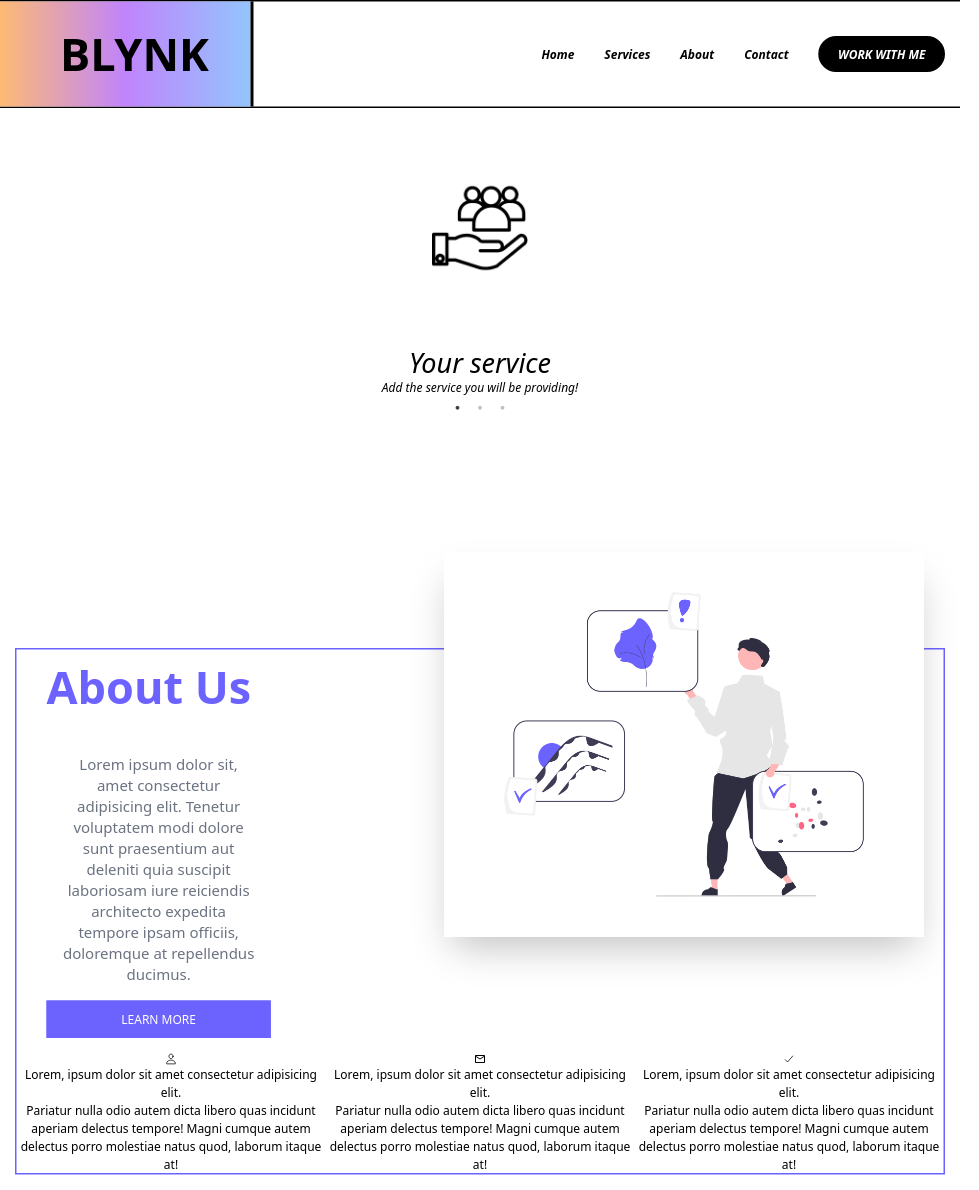
Repository: Al123Kudayyd/eportfolio
Page: /
An editor plug-in stored every save of this project. The page is shown before and after the next save, followed by the edit.
The browser window is 1280 px wide. The page is 1305 px wide, so the pictures cover 1305 px, including what lies to the right of the window. The pictures show the whole page, at 75% of full size.
The project was rebuilt for these pictures with package versions that can differ from the ones it lists, and the page was loaded fresh each time.

Above is the page before, as saved 2024-02-27 08:13:05.

### src/App.js
import logo from './logo.svg';
import './App.css';
import Nav from './components/Nav';
import Services from './components/Services';
import About from './components/About';

function App() {
  return (
    <div className="App">
      <Nav />
      <Services />
      <About />
    </div>
  );
}

export default App;

### src/components/Nav.jsx
import React from 'react'

function Nav() {
  return (
    <div className=' border-y-2 border-black sticky top-0 z-10'>
        <div className='flex justify-between'>
            <h1 className='font-bold py-10 pl-20 lg:text-6xl text-4xl border-r-4 pr-14 border-black bg-gradient-to-r from-orange-300 via-purple-400 to-blue-300'>BLYNK</h1>
            <ul className='italic hidden lg:flex justify-center items-center space-x-10 cursor-pointer mx-5 text-md font-semibold transp'>
                <li className='hover:text-gray-500 transition-all duration-300 '>Home</li>
                <li className='hover:text-gray-500 transition-all duration-300'>Services</li>
                <li className='hover:text-gray-500 transition-all duration-300'>About</li>
                <li className='hover:text-gray-500 transition-all duration-300'>Contact</li>
                <li className='bg-black text-white px-6 py-[10px] border-2 border-black hover:bg-white rounded-3xl
                hover:text-black transition-all duration-300'>
                    WORK WITH ME
                </li>
            </ul>
        </div>
    </div>
  )
}

export default Nav

### src/components/Services.jsx
import React from 'react'
import "slick-carousel/slick/slick.css";
import "slick-carousel/slick/slick-theme.css";
import Slider from "react-slick";
import service from '../assests/service.png'
import service1 from '../assests/service1.png'
import service2 from '../assests/service2.png'

function Services() {
  var settings = {
    dots: true,
    infinite: true,
    speed: 500,
    slidesToShow: 1,
    slidesToScroll: 1,
  };

  return (
    <div className=''>
        <div className='min-h-[400px] lg:min-h-[700px] text-center '>
        <Slider className='text-black  italic' {...settings}>
      <div className='relative'>
        <img src={service} className='w-1/4 translate-x-[150%]' alt="" />
        <h1 className='text-4xl'>Your service</h1>
        <p className='text-md'>Add the service you will be providing!</p>
      </div>
      <div>
        <img src={service1} className='w-1/4 translate-x-[150%]' alt="" />
        <h3 className='text-4xl'>Your Serivce</h3>
        <p className='text-md'>Add the service you will be providing!</p>
      </div>
      <div>
        <img src={service2} className='w-1/4 translate-x-[150%]' alt="" />
        <h3 className='text-4xl'>Your Serivce</h3>
        <p className='text-md'>Add the service you will be providing!</p>
      </div>
      </Slider>
        </div>
    </div>
  )
}

export default Services

### src/components/About.jsx
import React from 'react'
import about from '../assests/about.png'
import AboutService from './AboutService'
import { IoPersonOutline } from "react-icons/io5";
import { MdOutlineEmail } from "react-icons/md";
import { IoCheckmarkOutline } from "react-icons/io5";

function About() {
  return (
    <div className='relative '>
      <div className='relative border-2 border-[#6C63FF] m-5'>
        <div className='pl-10 flex flex-col justify-center'>
            <h1 className='text-left text-[#6C63FF] pt-5 text-6xl font-bold '>
                About Us
            </h1>
            <p className='md:w-1/2 lg:w-1/4 mt-10 text-xl text-gray-500 p-5'>Lorem ipsum dolor sit, amet consectetur adipisicing elit. Tenetur voluptatem modi dolore sunt praesentium aut deleniti quia suscipit laboriosam iure reiciendis architecto expedita tempore ipsam officiis, doloremque at repellendus ducimus.</p>
            <button className='bg-[#6C63FF] text-white border border-[#6C63FF] px-7 py-3 mb-5 hover:bg-white
            hover:text-[#6C63FF] transitio duration-300 w-1/4'>
              LEARN MORE
            </button>
        </div>
        <AboutService button={<IoPersonOutline />} button1={<MdOutlineEmail />} button2={<IoCheckmarkOutline />}
        para={<div>Lorem, ipsum dolor sit amet consectetur adipisicing elit.<br /> Pariatur nulla odio autem dicta libero quas incidunt aperiam delectus tempore! Magni cumque autem delectus porro molestiae natus quod, laborum itaque at!</div>} />
        </div>

        <img src={about} className='absolute -top-32 w-[45%] lg:w-[50%] shadow-2xl right-4 lg:right-12' />
    </div>
  )
}

export default About

### src/components/AboutService.js
import React from 'react'


function AboutService({ button, button1, button2, para }) {
  return (
    <div>
        <div className='flex justify-center py-30'>
            <div className='flex flex-col items-center'>
                <span>{button}</span>
                <p>{para}</p>
            </div>
            <div className='flex flex-col items-center'>
                <span>{button1}</span>
                <p>{para}</p>
            </div>
            <div className='flex flex-col items-center'>
                <span>{button2}</span>
                <p>{para}</p>
            </div>
        </div>
    </div>
  )
}

export default AboutService

### tailwind.config.js
/** @type {import('tailwindcss').Config} */
module.exports = {
  content: [
    "./src/App.js.{js,jsx,ts,tsx}",
    "./src/components/Nav.{js,jsx,ts,tsx}",
    "./src/components/Services.{js,jsx,ts,tsx}",
    "./src/components/About.{js,jsx,ts,tsx}"
],
  theme: {
    extend: {},
  },
  plugins: [],
}

Loaded but not shown: public/index.html (common file); src/index.js (common file); src/index.css (common file); src/reportWebVitals.js (common file); src/App.css (common file)

After the next save:
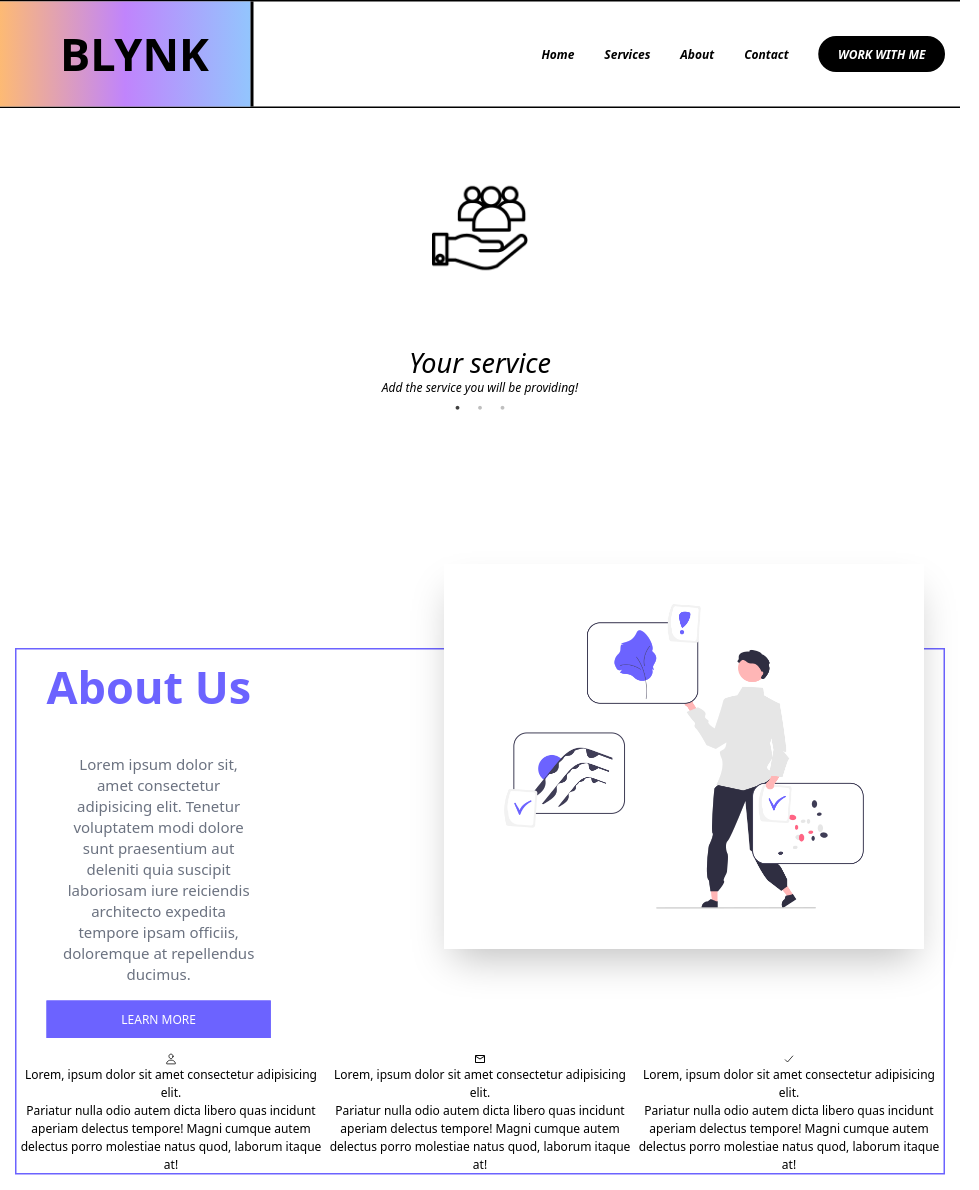
Saved 97 s later.
--- a/src/components/About.jsx
+++ b/src/components/About.jsx
@@ -23,7 +23,7 @@
         para={<div>Lorem, ipsum dolor sit amet consectetur adipisicing elit.<br /> Pariatur nulla odio autem dicta libero quas incidunt aperiam delectus tempore! Magni cumque autem delectus porro molestiae natus quod, laborum itaque at!</div>} />
         </div>
 
-        <img src={about} className='absolute -top-32 w-[45%] lg:w-[50%] shadow-2xl right-4 lg:right-12' />
+        <img src={about} className='absolute -top-28 w-[45%] lg:w-[50%] shadow-2xl right-4 lg:right-12' />
     </div>
   )
 }

After the 2 saves that followed:
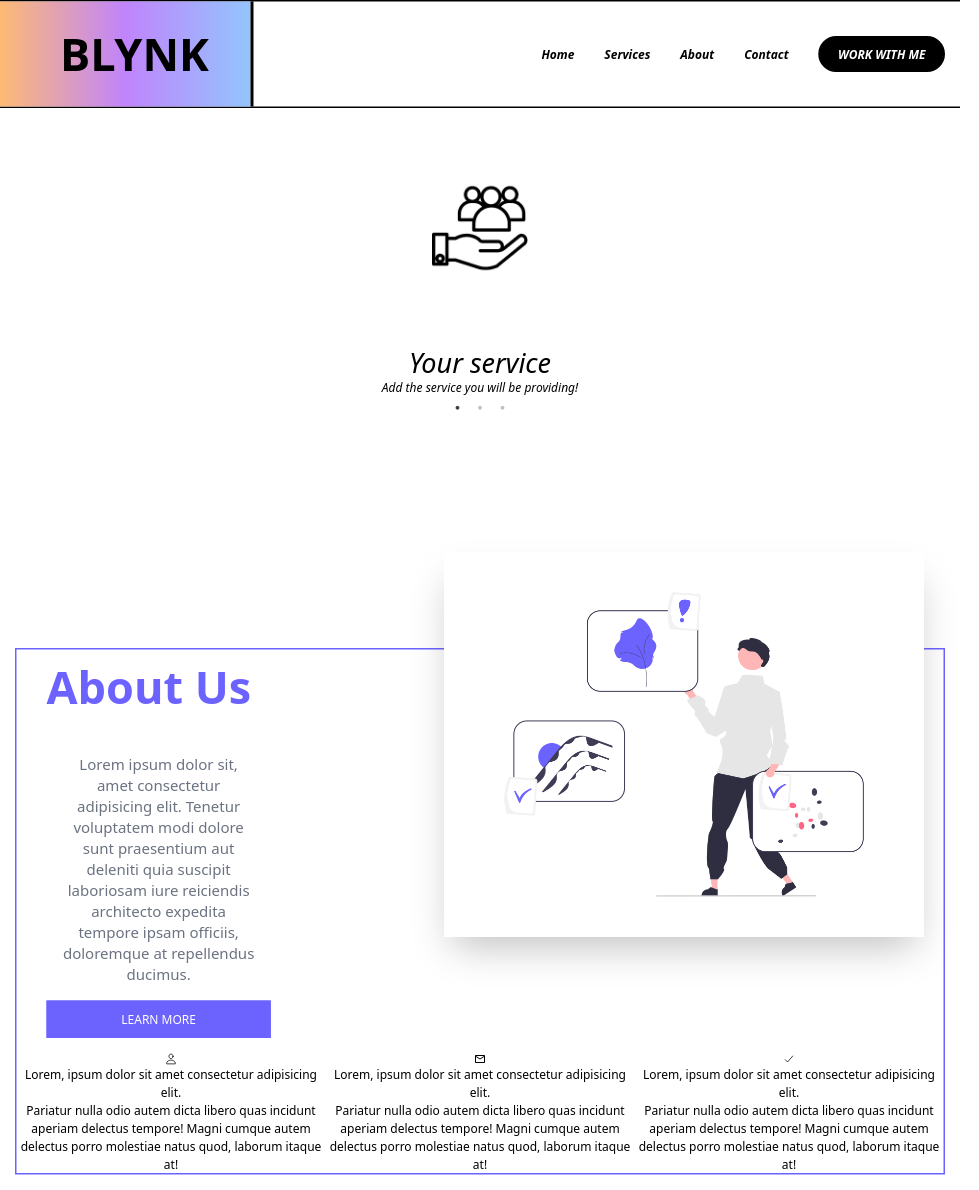
The 2 saves are shown as one change because 1 left the picture as it was.
The last was saved 17 s later.
--- a/src/components/About.jsx
+++ b/src/components/About.jsx
@@ -23,7 +23,7 @@
         para={<div>Lorem, ipsum dolor sit amet consectetur adipisicing elit.<br /> Pariatur nulla odio autem dicta libero quas incidunt aperiam delectus tempore! Magni cumque autem delectus porro molestiae natus quod, laborum itaque at!</div>} />
         </div>
 
-        <img src={about} className='absolute -top-28 w-[45%] lg:w-[50%] shadow-2xl right-4 lg:right-12' />
+        <img src={about} className='absolute -top-32 w-[50%] lg:w-[50%] shadow-2xl right-4 lg:right-12' />
     </div>
   )
 }
